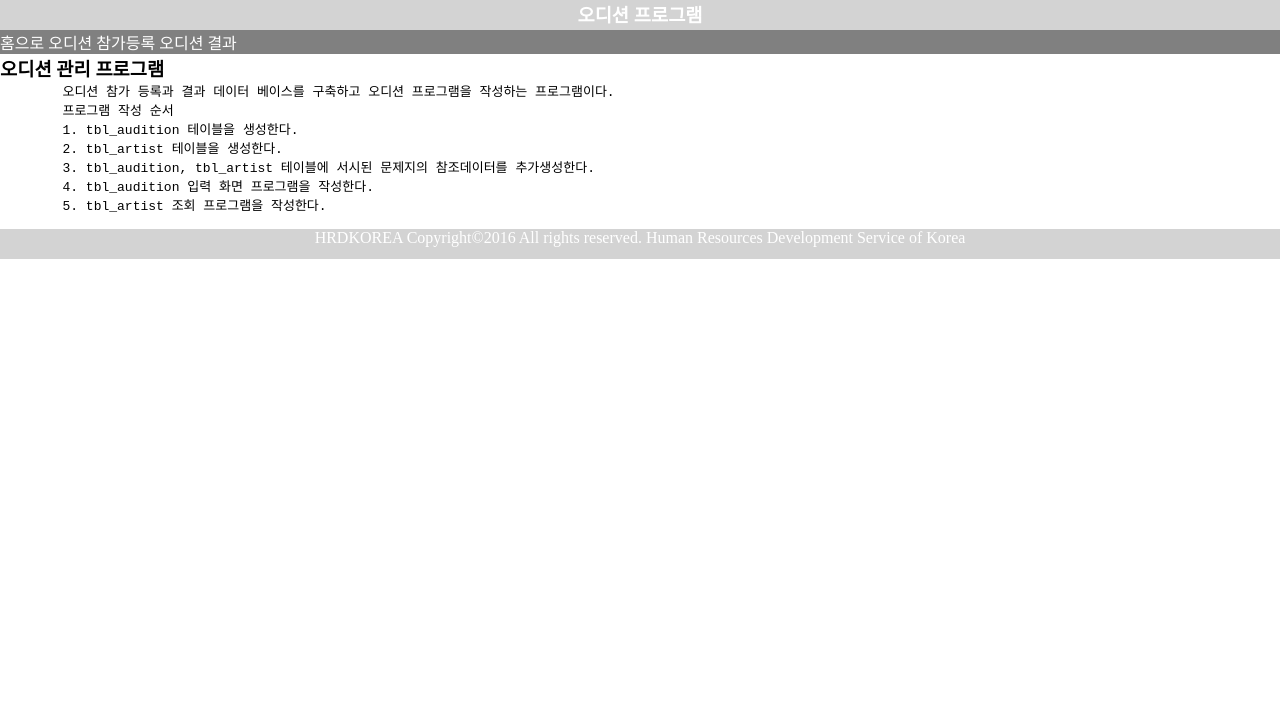
Repository: jieun000/Craftsman_Information_Processing
Page: http://localhost/Test/main.jsp
An editor plug-in stored every save of this project. The page is shown before and after the next save, followed by the edit.
The browser window is 1280 px wide. The pictures show the whole page.
The page is served by Tomcat 9.

Above is the page before, as saved 2023-09-06 01:11:11.

After the next save:
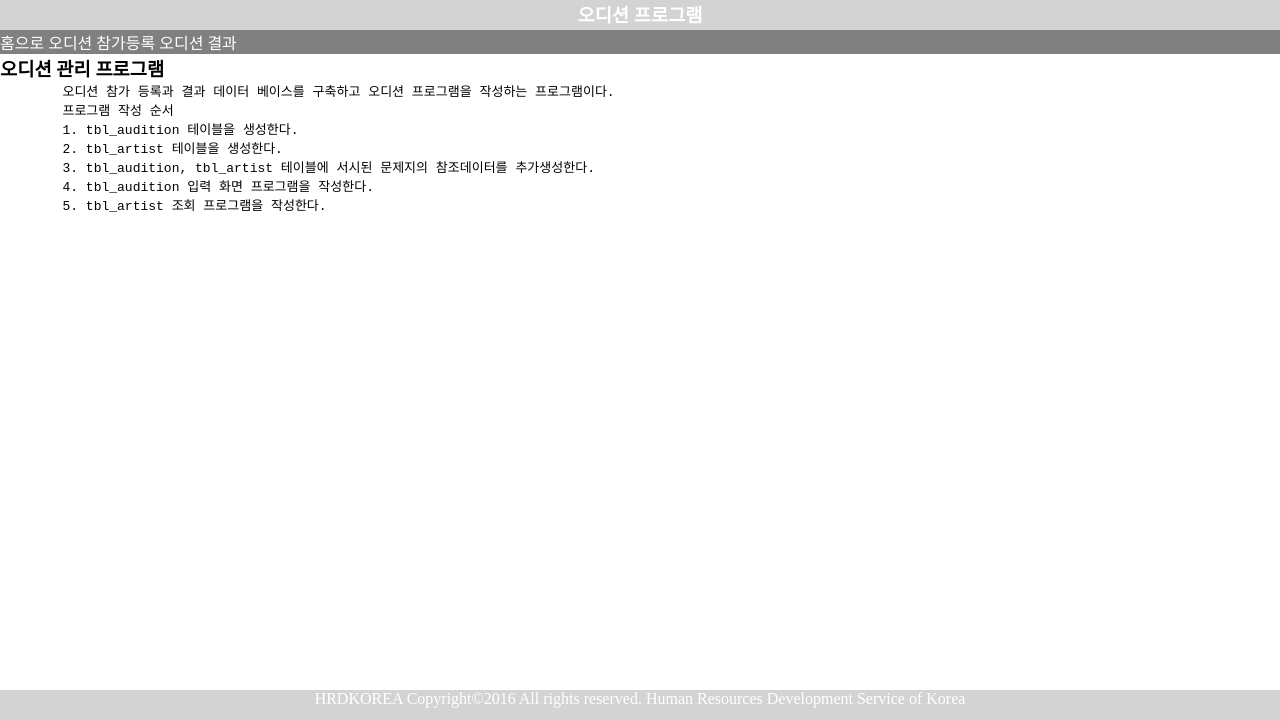
Saved 14 s later.
--- a/02_study/Test/src/main/webapp/main.jsp
+++ b/02_study/Test/src/main/webapp/main.jsp
@@ -31,7 +31,7 @@
 	5. tbl_artist 조회 프로그램을 작성한다.
 		</pre>
 	</section>
-	<footer style="background: lightgray; color: white; width: 100%; text-align: center; height: 30px;">
+	<footer style="background: lightgray; color: white; width: 100%; text-align: center; height: 30px; position: absolute; bottom: 0;">
 		<p>
 			HRDKOREA Copyright&copy;2016 All rights reserved. Human Resources Development Service of Korea
 		</p>
